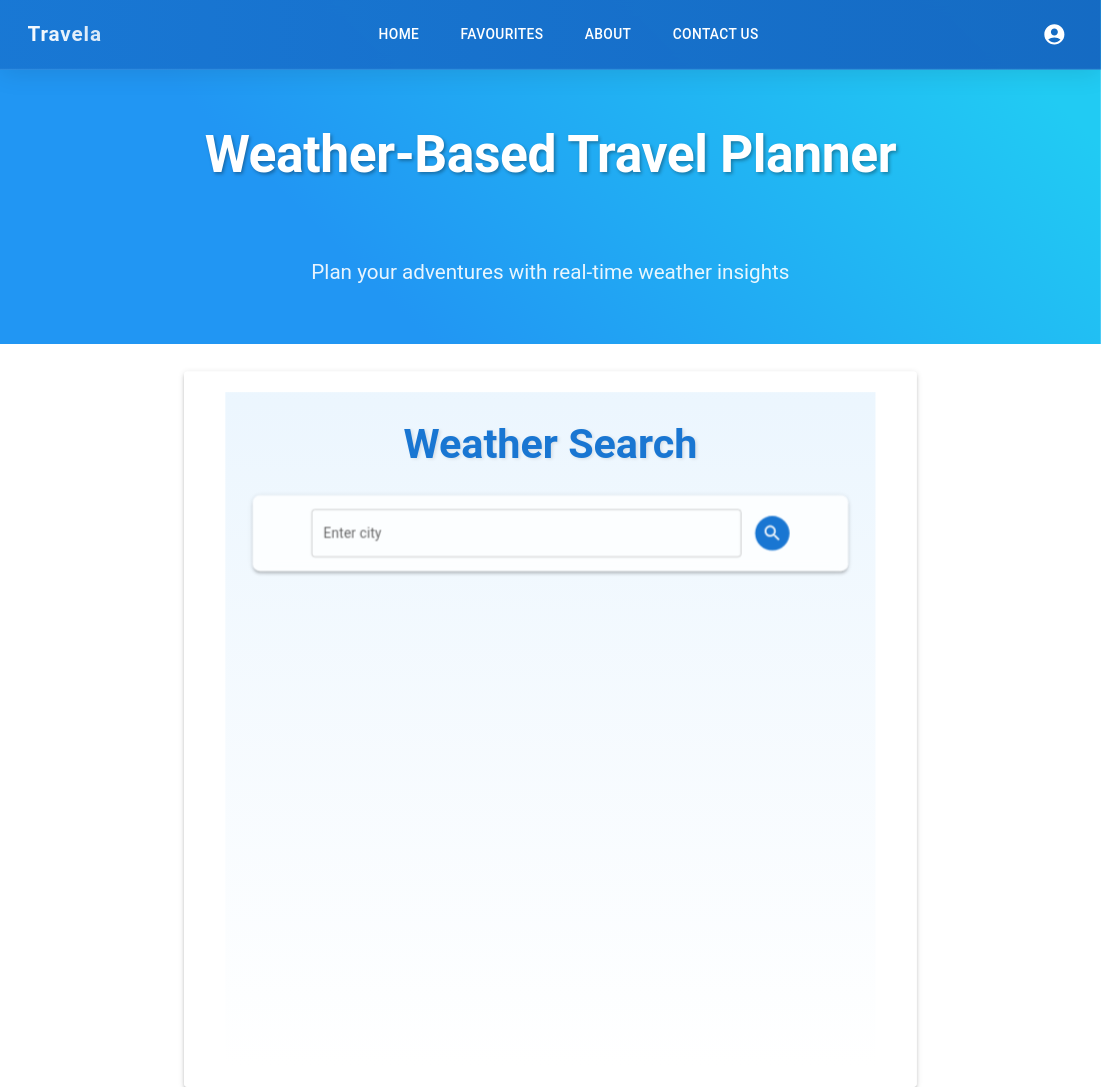
Repository: sphllzulu/TemperatureTrail
Page: / (app in frontend/)
These files come from the project's save history. The page is drawn as it stood at one moment and after a run of saves; the edit follows.
The browser window is 1280 px wide. The pictures show the whole page, at 86% of full size.
The project was rebuilt for these pictures with package versions that can differ from the ones it lists, and the page was loaded fresh each time. Also part of the build but not shown: frontend/vite.config.js, frontend/src/components/SuggestedActivities.jsx, frontend/src/components/Map.jsx, frontend/src/pages/Profile.jsx, frontend/src/components/Login.jsx, frontend/src/components/Register.jsx.

Above is the page before, as saved 2025-01-15 16:40:35.

After the next 2 saves:
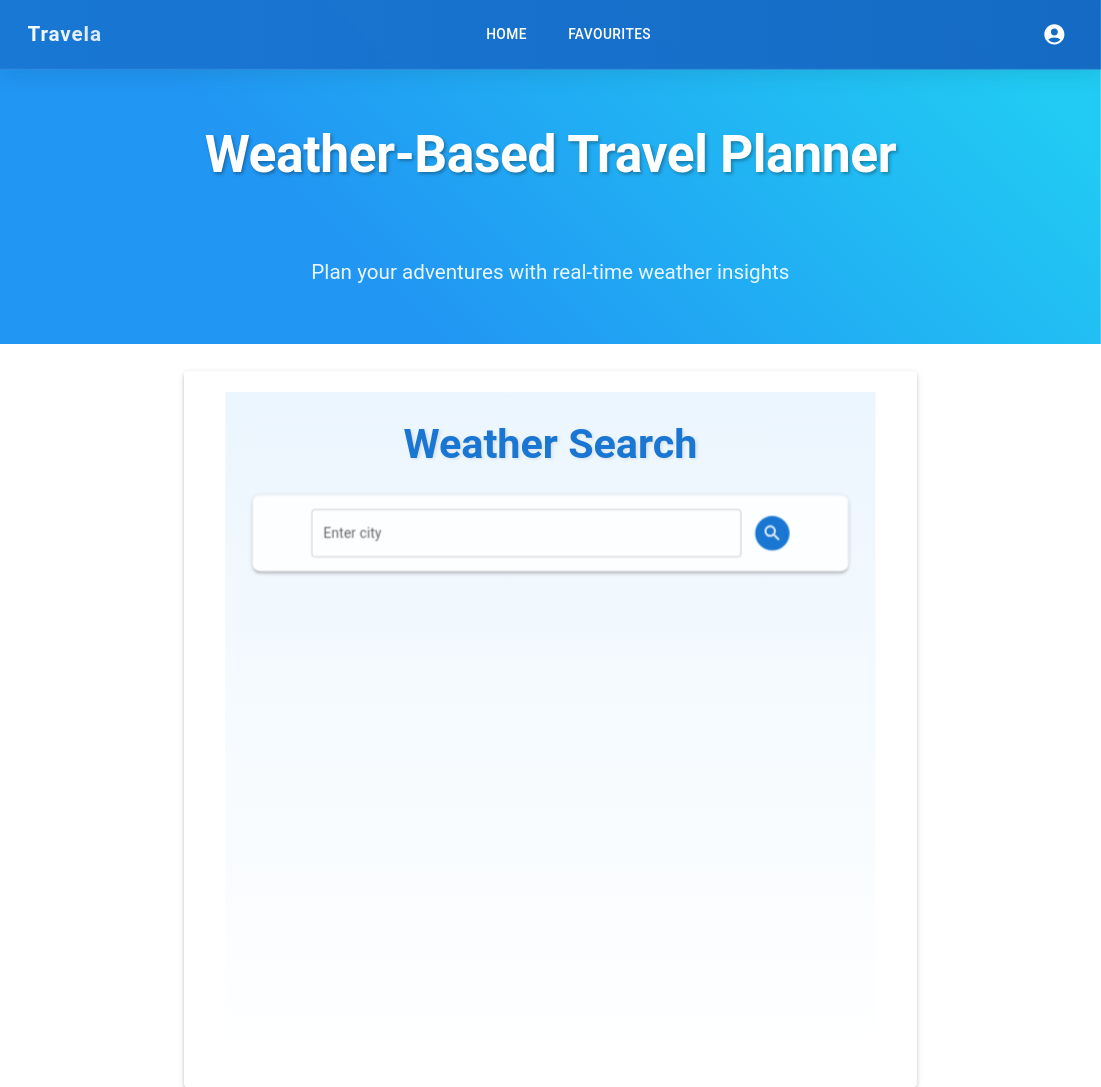
The 2 saves are shown as one change because they came seconds apart.
The last was saved 35 s later.
--- a/frontend/src/components/Navbar.jsx
+++ b/frontend/src/components/Navbar.jsx
@@ -280,8 +280,8 @@ function Navbar() {
   const navItems = [
     { text: 'Home', path: '/' },
     { text: 'Favourites', path: '/favourites' },
-    { text: 'About', path: '/about' },
-    { text: 'Contact Us', path: '/contact' },
+    // { text: 'About', path: '/about' },
+    // { text: 'Contact Us', path: '/contact' },
   ];
 
   const profileMenuItems = [
